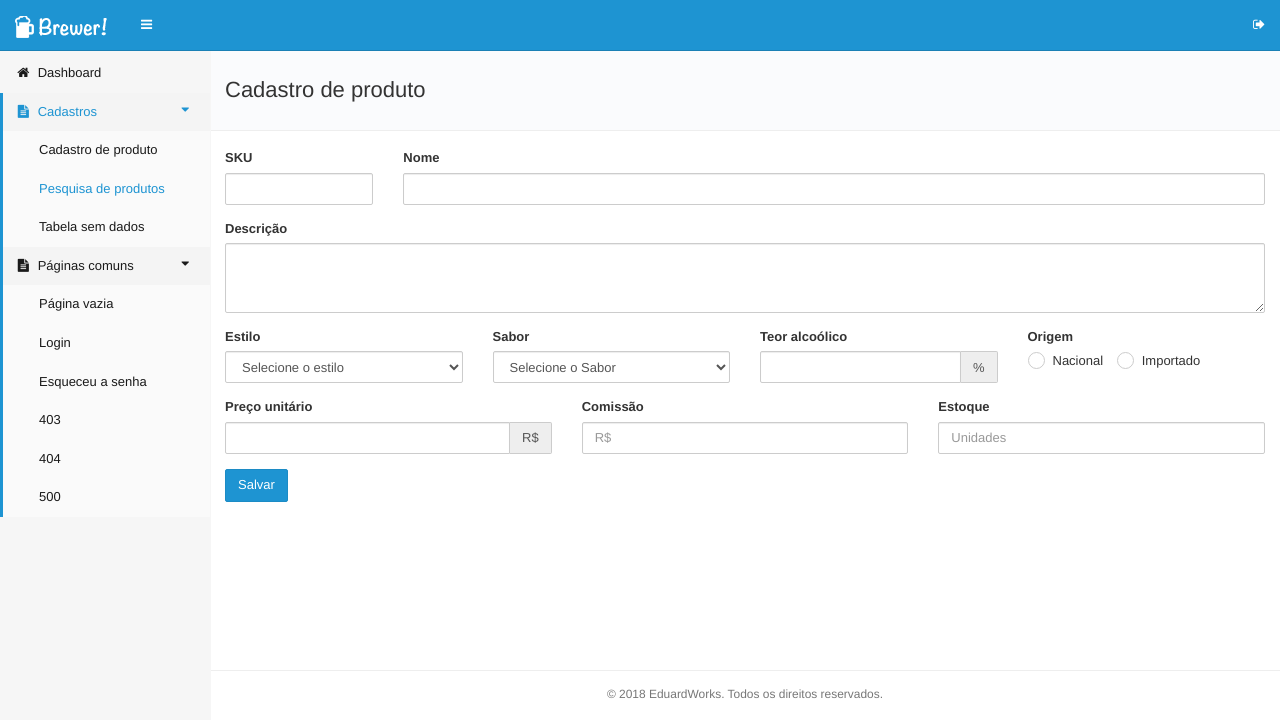
Repository: dumuller/spring-expert
Page: http://localhost/cerveja/CadastroCerveja
The author's editor kept a copy of each file at every save. The page is drawn from the files as they stood at one save, then again after the next save.
The browser window is 1280 px wide. The pictures show the whole page.
The page is this project's Thymeleaf template; nobody is signed in. The template is opened directly, without the code that normally fills it, so the values that code supplies are empty.

Above is the page before, as saved 2018-12-10 16:55:00.

After the next save:
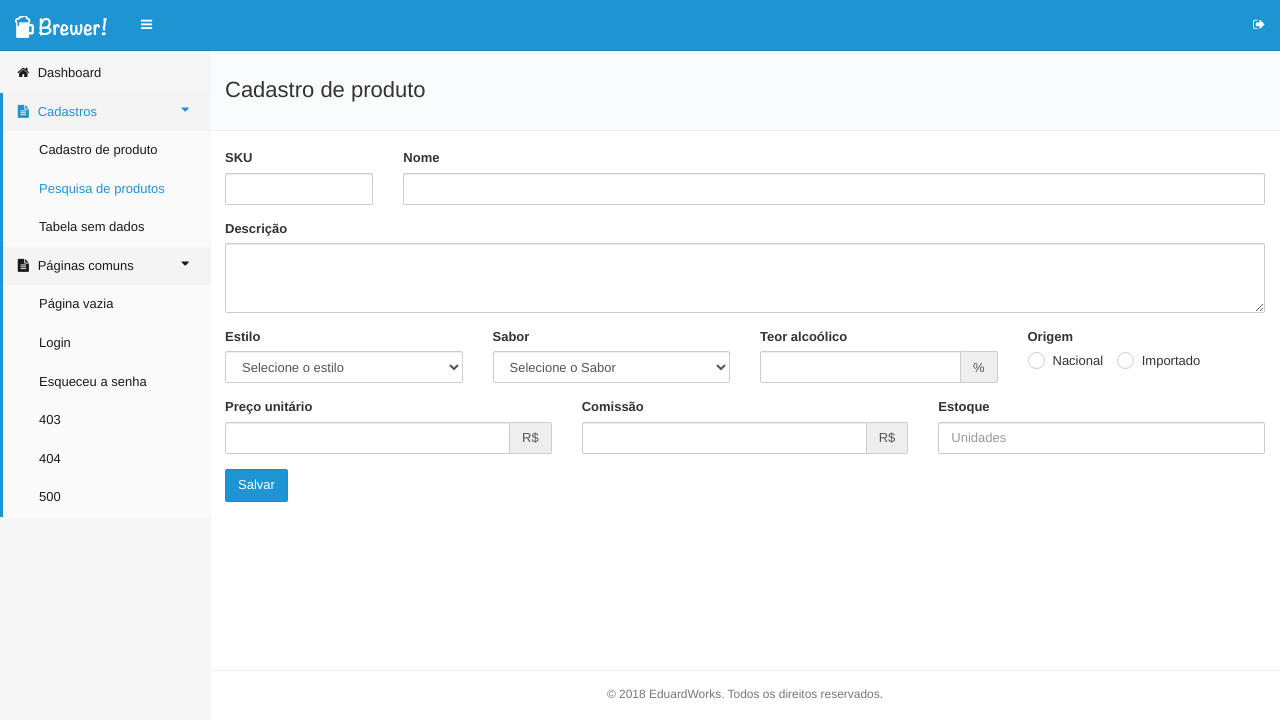
Saved 23 s later.
--- a/brewer/src/main/resources/templates/cerveja/CadastroCerveja.html
+++ b/brewer/src/main/resources/templates/cerveja/CadastroCerveja.html
@@ -193,7 +193,10 @@
 					<div class="col-sm-4">
 						<div class="form-group">
 							<label for="comissao">Comissão</label>
-							<input id="input-produto-preco" type="text" class="form-control" placeholder="R$"/>
+							<div class="input-group">
+								<input id="comissao" type="text" class="form-control"/>
+								<div class="input-group-addon">R$</div>
+							</div>
 						</div>
 					</div>
 
